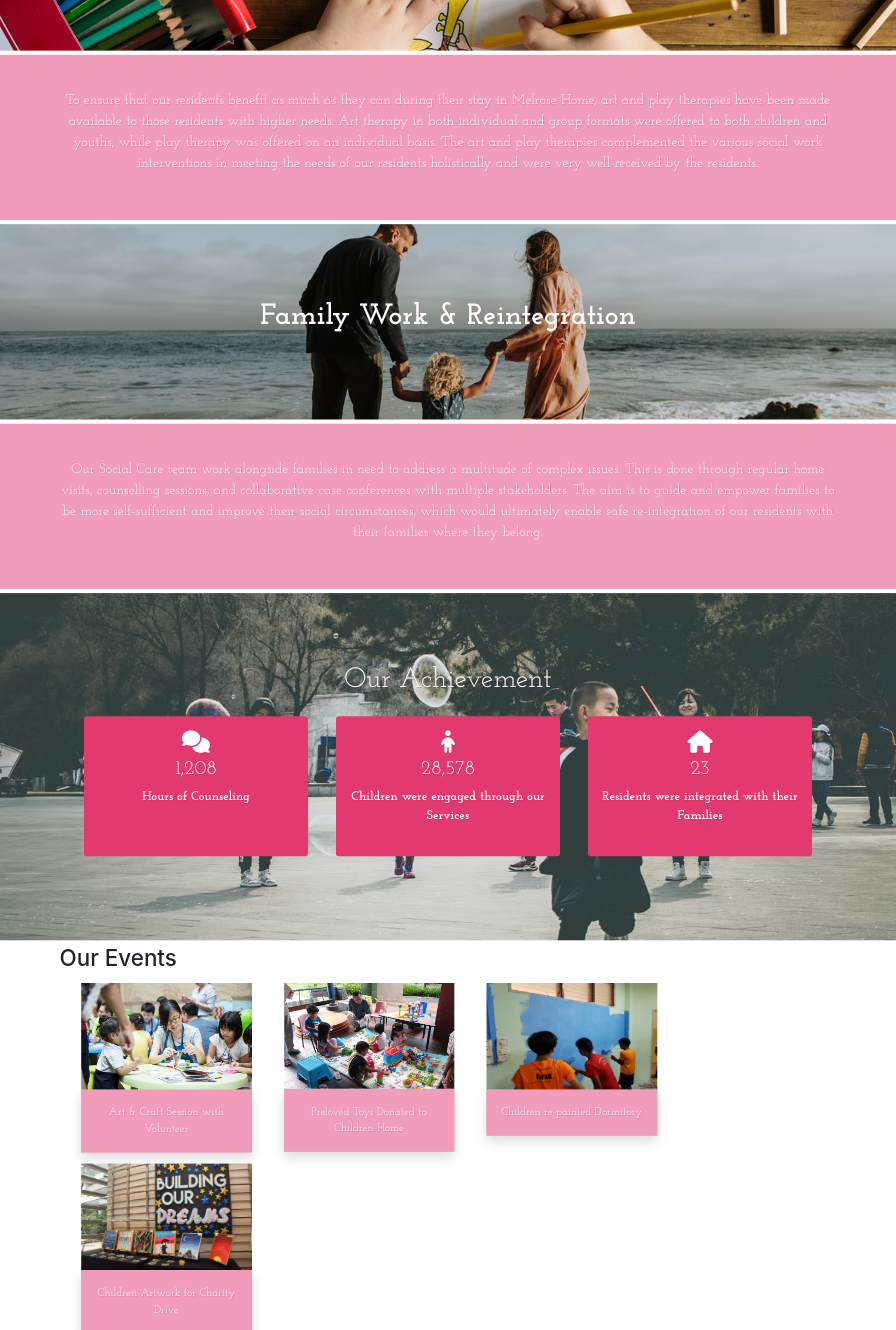
Repository: Code-Institute-Submissions/Jasonngyt-Project1
Page: services.html
The author's editor kept a record of every edit. The page is drawn from the files as they stood at one moment, then again after the next edit.
The browser window is 1280 px wide. The pictures show the part of the page from y = 876 to 2776 px (the page is 3111 px tall before and 3119 px after), at 70% of full size.
A picture or video elsewhere on the page could not be fetched, so the positions and the page height are approximate. Backgrounds fixed to the window are drawn as part of the page. Some web fonts or font styles are not loaded; a fallback is used. Some web libraries are served in a nearby version.

Above is the page before.

### services.html
<!DOCTYPE html>
<html lang="en">
<head>
    <meta charset="UTF-8">
    <meta name="viewport" content="width=device-width, initial-scale=1.0">
    <meta http-equiv="X-UA-Compatible" content="ie=edge">
    <title>Our Services</title>

    <!-- Bootsrap CSS -->
    <link rel="stylesheet" href="https://stackpath.bootstrapcdn.com/bootstrap/4.3.1/css/bootstrap.min.css" integrity="sha384-ggOyR0iXCbMQv3Xipma34MD+dH/1fQ784/j6cY/iJTQUOhcWr7x9JvoRxT2MZw1T" crossorigin="anonymous">

    <!-- Font Awesome -->
    <script src="https://kit.fontawesome.com/749eb0769b.js"></script>

    <!--Google Font -->
    <link href="https://fonts.googleapis.com/css?family=Josefin+Slab|Mansalva&display=swap" rel="stylesheet">

    <!-- mystyle.css -->
    <link rel="stylesheet" href="CSSstyle/mystyle2.css" type="text/css"/>

</head>
<body>

    <!-- Header Navbar -->
    <nav class="navbar navbar-expand-md navbar-light font-weight-bold header_nav">
        <div class="container-fluid d-inline-flex">
            <a class="navbar-brand" href="index.html">
            <img src ="image/logo.png" style="max-width: 100px;"></a>
            <button class="navbar-toggler" type="button" data-toggle="collapse" data-target="#navbarSupportedContent">
                <span class="navbar-toggler-icon"></span>
            </button>

            <div class="collapse navbar-collapse" id="navbarSupportedContent">
                <ul class="navbar-nav ml-auto">
                    <li class="nav-item active">
                        <a class="nav-link nav text-uppercase" href="index.html"><strong>Home</strong><span class="sr-only">(current)</span></a>
                    </li>
                    <li class="nav-item">
                        <a class="nav-link text-uppercase" href="services.html"><strong>Our Services</strong></a>
                    </li>
                    <li class="nav-item">
                        <a class="nav-link text-uppercase" href="enquiry.html" tabindex="-1"><strong>Contact Us</strong></a>
                    </li>
                </ul>
            </div>
        </div>
    </nav>


    <!-- Our Services -->

    <h2>Our Services</h2>
    <div class="service1_photo font-weight-bold">
        <p>Casework & Counselling</p>
    </div>

    <div class="service_word">
        <p class="container">
            Residents in our care are provided individually tailored Care Plans, managed by our Social and Case Workers.
            Casework interventions, therapeutic services and counselling support, are other important services provided
            to address the various behavioural, social and emotional needs of our residents.
        </p>
    </div>

    <div class="service2_photo font-weight-bold">
        <p>Art & Play Therapy</p>
    </div>

    <div class="service_word">
        <p class="container">
            To ensure that our residents benefit as much as they can during their stay in Melrose Home, art and play therapies have been made available to those residents with higher needs.
            Art therapy in both individual and group formats were offered to both children and youths, while play therapy was offered on an individual basis.
            The art and play therapies complemented the various social work interventions in meeting the needs of our residents holistically and were very well received by the residents.
        </p>
    </div>

     <div class="service3_photo font-weight-bold">
        <p>Family Work & Reintegration</p>
    </div>

    <div class="service_word">
        <p class="container">
            Our Social Care team work alongside families in need to address a multitude of complex issues.  This is done through regular home visits, counselling sessions, and collaborative case conferences with multiple stakeholders.
            The aim is to guide and empower families to be more self-sufficient and improve their social circumstances, which would ultimately enable safe re-integration of our residents with their families where they belong.
        </p>
    </div>


     <!-- Our Achievement -->

    <div class="container-fluid achievement_photo">
        <h1>Our Achievement</h1>
        <div class="row justify-content-center">
            <div class="achievement rounded col-sm-11 col-md-3 font-weight-bold text-center"><h2 class="fas fa-comments"></h2><h3>1,208</h3> <p> Hours of Counseling </p></div>
            <div class="achievement rounded col-sm-11 col-md-3 font-weight-bold text-center"><h2 class="fas fa-child"></h2><h3>28,578</h3> <p> Children were engaged through our Services </p></div>
            <div class="achievement rounded col-sm-11 col-md-3 font-weight-bold text-center"><h2 class="fas fa-home"></h2><h3>23</h3> <p> Residents were integrated with their Families </p></div>
        </div>
    </div>


    <!-- Our Event -->

    <div class="container">
        <h2>Our Events</h2>
        <div class="row m-2">
            <div class="col-sm-5 col-md-3 card-img-top m-2"><img src ="image/event1_photo.jpg" class ="w-100">
                <div class="card-body text-center shadow event_style">Art & Craft Session with Volunteer</div>
            </div>
            <div class="col-sm-5 col-md-3 card-img-top m-2"><img src ="image/event2_photo.png" class ="w-100">
                <div class="card-body text-center shadow event_style">Preloved Toys Donated to  Children Home</div>
            </div>
            <div class="col-sm-5 col-md-3 card-img-top m-2"><img src ="image/event3_photo.jpg" class ="w-100" style="height:152px;">
                <div class="card-body text-center shadow event_style">Children re-painted Dormitory</div>
            </div>
            <div class="col-sm-5 col-md-3 card-img-top m-2"><img src ="image/event4_photo.jpg" class ="w-100" style="height:152px;">
                <div class="card-body text-center shadow event_style">Children Artwork for Charity Drive</div>
            </div>
        </div>
        <div class="row m-2">
            <div class="col-sm-5 col-md-3 card-img-top"><img src ="image/event5_photo.jpg" class ="w-100 d-sm-none d-md-block">
                <div class="card-body text-center shadow event_style">Children Playtime</div>
            </div>
            <div class="col-sm-5 col-md-3 card-img-top"><img src ="image/event6_photo.jpg" class ="w-100 d-sm-none d-md-block">
                <div class="card-body text-center shadow event_style">Annual Athletic Meet</div>
            </div>
            <div class="col-sm-5 col-md-3 card-img-top"><img src ="image/event7_photo.jpg" class ="w-100 d-sm-none d-md-block">
                <div class="card-body text-center shadow event_style">Art Therapy Session</div>
            </div>
            <div class="col-sm-5 col-md-3 card-img-top"><img src ="image/event8_photo.jpg" class ="w-100 d-sm-none d-md-block">
                <div class="card-body text-center shadow event_style">Cooking Lesson by Volunteer</div>
            </div>
        </div>
    </div>


    <!-- Footer Navbar -->

    <nav class="navbar navbar-light justify-content-md-center footer_nav">
        <div class="row">
            <div class="fas fa-map-marked-alt pr-4"> Address: 24 Ang Mo Kio Street 5, Singapore 661565</div>
        </div>
        <div class="row pr-mb-3 p-sm-2">
            <div class="fas fa-phone-volume pr-4"> Contact: 64528729</div>
            <div class="fas fa-envelope pr-4"> Email: <a href="maito: sparkletree@charity.com">sparkletree@charity.com </a></div>
        </div>
        <div class="row p-sm-1" align="left">
            <div class="pr-4 pt-2">Follow Us on</div>
            <a class="navbar-brand" href="#! pr-4 pt-2"><i class="fab fa-facebook-square text-white pr-3"></i></a>
            <a class="navbar-brand" href="#!"><i class="fab fa-instagram text-white"></i></a>
        </div>
    </nav>


    <!-- Bootstrap Javascript -->

    <script src="https://code.jquery.com/jquery-3.3.1.slim.min.js" integrity="sha384-q8i/X+965DzO0rT7abK41JStQIAqVgRVzpbzo5smXKp4YfRvH+8abtTE1Pi6jizo" crossorigin="anonymous"></script>
    <script src="https://cdnjs.cloudflare.com/ajax/libs/popper.js/1.14.7/umd/popper.min.js" integrity="sha384-UO2eT0CpHqdSJQ6hJty5KVphtPhzWj9WO1clHTMGa3JDZwrnQq4sF86dIHNDz0W1" crossorigin="anonymous"></script>
    <script src="https://stackpath.bootstrapcdn.com/bootstrap/4.3.1/js/bootstrap.min.js" integrity="sha384-JjSmVgyd0p3pXB1rRibZUAYoIIy6OrQ6VrjIEaFf/nJGzIxFDsf4x0xIM+B07jRM" crossorigin="anonymous"></script>

</body>
</html>

### CSSstyle/mystyle2.css
/* The following CSS code are written by me.*/

@import url('//fonts.googleapis.com/css?family=Josefin+Slab:400,700');

/* Enquire CSS */

*{
	padding: 0px;
	margin: 0px;
	box-sizing: border-box;
}


/* Our Service CSS */

.service1_photo{
	background-image: url("../image/service1_photo.jpg");
	background-position: center;
	background-attachment: fixed;
	background-size: cover;
    padding-top: 100px;
    padding-bottom: 100px;
    font-family:'Josefin Slab', 'Myriad Pro', Arial, sans-serif;
    font-size: 42px;
    text-shadow: 1px 1px 1px rgba(151,24,64,0.2);
    width:100%;
    color: white;
    text-align: center;
    overflow: hidden;
    display: inline-block;
}

.service2_photo{
	background-image: url("../image/service2_photo.jpg");
	background-position: center;
	background-attachment: fixed;
	background-size: cover;
    padding-top: 100px;
    padding-bottom: 100px;
    font-family:'Josefin Slab', 'Myriad Pro', Arial, sans-serif;
    font-size: 42px;
    text-shadow: 1px 1px 1px rgba(151,24,64,0.2);
    width:100%;
    color: white;
    text-align: center;
    overflow: hidden;
    display: inline-block;
}

.service3_photo{
	background-image: url("../image/service3_photo.jpg");
	background-position: center;
	background-attachment: fixed;
	background-size: cover;
    padding-top: 100px;
    padding-bottom: 100px;
    font-family: 'Josefin Slab', Arial, sans-serif;
    font-size: 42px;
    text-shadow: 1px 1px 1px rgba(151,24,64,0.2);
    width:100%;
    color: white;
    text-align: center;
    overflow: hidden;
    display: inline-block;
}

.service_word{
    background-color: #F19CBB;
    padding-top: 50px;
    padding-bottom: 50px;
    font-family: 'Josefin Slab', Arial, sans-serif;
    font-size: 20px;
    text-shadow: 1px 1px 1px rgba(151,24,64,0.2);
    width:100%;
    color: white;
    text-align: center;
    overflow: hidden;
    display: inline-block;
}


/* Our Achievement CSS */

.achievement_photo{
	background-image: url("../image/achievement_photo.jpg");
	background-position: center;
	background-attachment: fixed;
	background-size: cover;
    padding-top: 100px;
    padding-bottom: 100px;
    font-family: 'Josefin Slab', Arial, sans-serif;
    font-size: 42px;
    text-shadow: 1px 1px 1px rgba(151,24,64,0.2);
    width:100%;
    color: white;
    text-align: center;
    font-size: large;
    overflow: hidden;
    display: inline-block;
}

.achievement {
    height: 200px;
    background-color: #e23a6e;
    margin: 20px;
    color: white;
    padding: 20px;
}


/* Our Event CSS */

.event_style{
    border: 1px solid #F19CBB;
    background-color: #F19CBB;
    color: white;
    font-family: 'Josefin Slab', Arial, sans-serif;
    text-shadow: 1px 1px 1px rgba(151,24,64,0.2);
}


/* Our Enquiry CSS */

.enquiry_bg{
    background-image: url("../image/pink_background.jpg");
    position: relative;
    background-repeat: no-repeat;
    background-size: cover;
    padding: 0px;
}

/* Video Player CSS in Enquiry */
.youtube-player{
    z-index: 1;

}

.video-responsive{
    overflow:hidden;
    padding-bottom: 100%;
    position:relative;
    height:0;
}

.video-responsive iframe{
    left:0;
    top:10%;
    height:100%;
    width:100%;
    position:absolute;
}

.bg_word{
    font-family: 'Mansalva', cursive;
}

/* Header Navbar CSS */

.header_nav{
    font-family: 'Josefin Slab', Arial, sans-serif;

}

/* Footer Navbar CSS */

.footer_nav{
     background-color: #e23a6e;
     font-family: 'Josefin Slab', Arial, sans-serif;
     color: white;
     text-shadow: 1px 1px 1px rgba(151,24,64,0.2);
     bottom: 0px;
     padding-top: 5px;
     padding-bottom: 5px;
}

After the next edit:
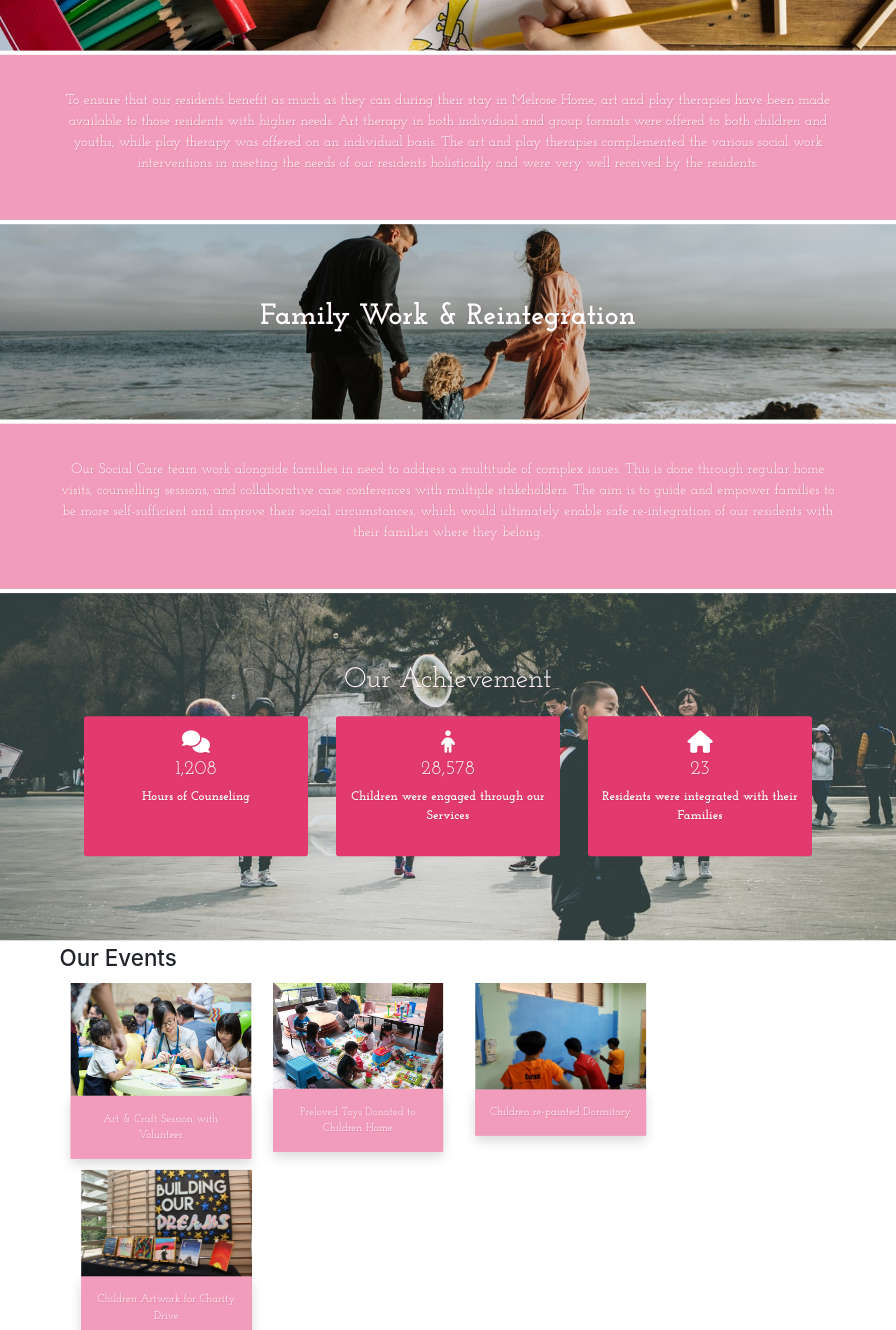
The edit:
--- a/services.html
+++ b/services.html
@@ -103,7 +103,7 @@
     <div class="container">
         <h2>Our Events</h2>
         <div class="row m-2">
-            <div class="col-sm-5 col-md-3 card-img-top m-2"><img src ="image/event1_photo.jpg" class ="w-100">
+            <div class="col-sm-5 col-md-3 card-img-top p-2"><img src ="image/event1_photo.jpg" class ="w-100">
                 <div class="card-body text-center shadow event_style">Art & Craft Session with Volunteer</div>
             </div>
             <div class="col-sm-5 col-md-3 card-img-top m-2"><img src ="image/event2_photo.png" class ="w-100">
